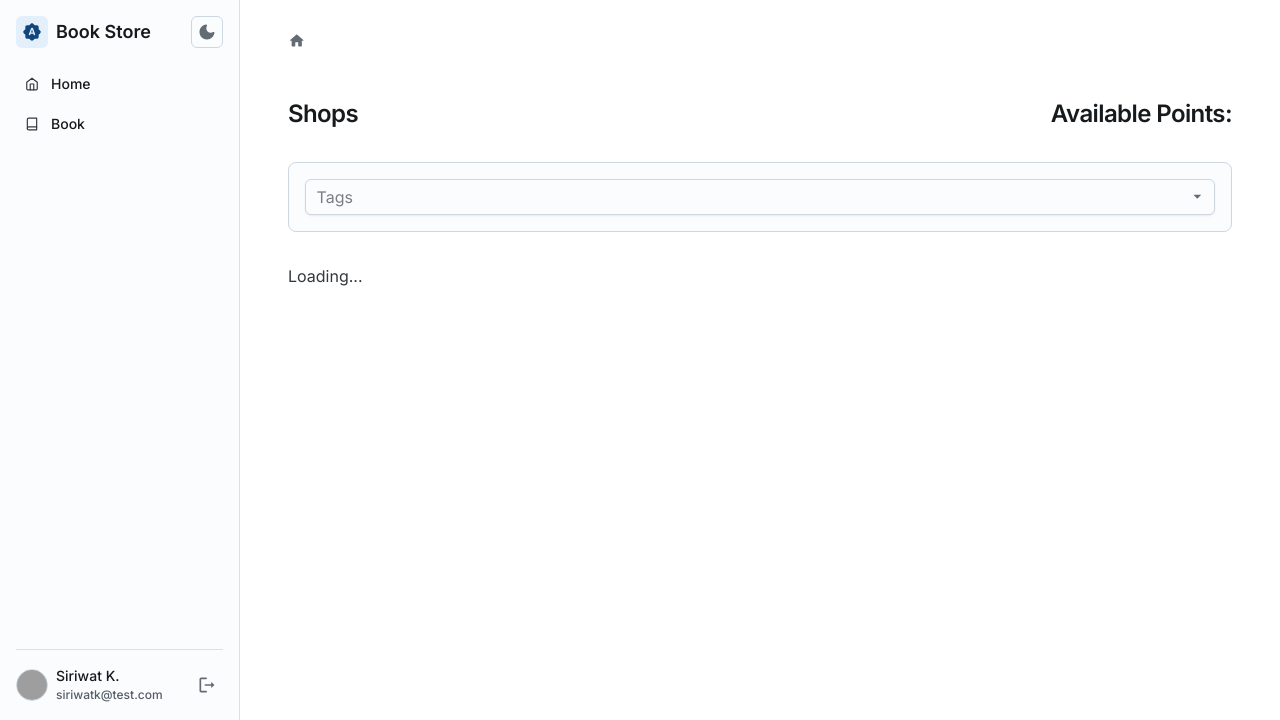
Repository: LaurentiusKevin/bookstore-fe
Page: /
An editor plug-in stored every save of this project. The page is shown before and after the next save, followed by the edit.
The browser window is 1280 px wide. The pictures show the whole page.
Pictures or frames that could not be fetched are drawn as grey boxes. The page's requests for data from a server got no answer. The project was rebuilt for these pictures with package versions that can differ from the ones it lists, and the page was loaded fresh each time. The framework's server and built-in components were replaced by stand-ins that run in the browser. No one was signed in, and anything a server would have sent is missing. Also part of the build but not shown: next.config.mjs, src/components/book-card.tsx.

Above is the page before, as saved 2024-04-07 05:48:48.

After the next save:
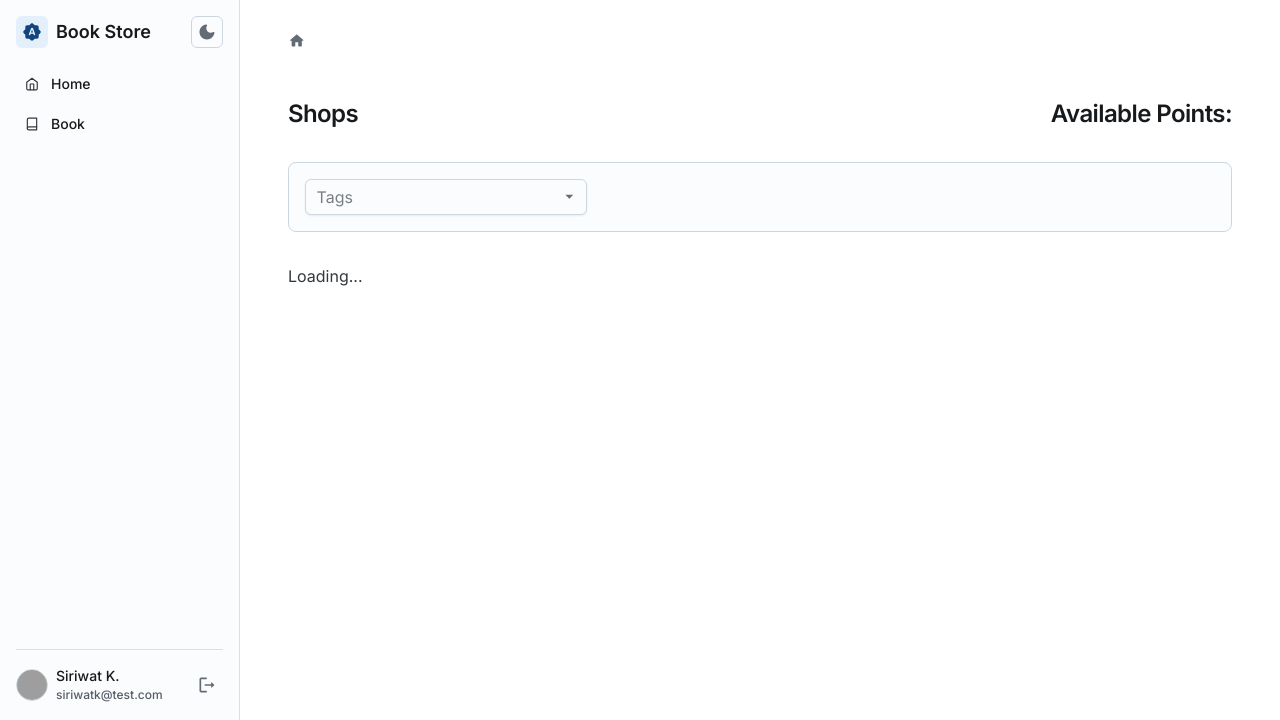
Saved 14 s later.
--- a/src/app/page.tsx
+++ b/src/app/page.tsx
@@ -112,7 +112,7 @@ export default function Home() {
       </Box>
       <Card>
         <CardContent>
-          <Stack>
+          <Stack flexDirection="row">
             <Autocomplete
               placeholder="Tags"
               multiple
